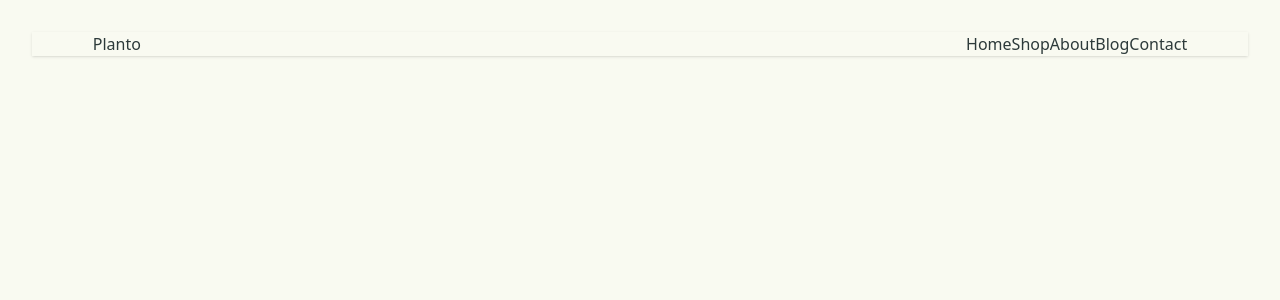
Repository: mazenessam99/Planto
Page: /
An editor plug-in stored every save of this project. The page is shown before and after the next save, followed by the edit.
The browser window is 1280 px wide. The pictures show the whole page.
The project was rebuilt for these pictures with package versions that can differ from the ones it lists, and the page was loaded fresh each time. Also part of the build but not shown: vite.config.js, src/components/ui/Button.jsx.

Above is the page before, as saved 2025-11-21 22:03:11.

### index.html
<!doctype html>
<html lang="en">
  <head>
    <meta charset="UTF-8" />
    <link rel="icon" type="image/svg+xml" href="/vite.svg" />
    <meta name="viewport" content="width=device-width, initial-scale=1.0" />
    <title>plants_website</title>
  </head>
  <body>
    <div id="root"></div>
    <script type="module" src="/src/main.jsx"></script>
  </body>
</html>

### src/index.css
@import "tailwindcss";
@import "tailwindcss/theme" layer(theme);
@theme {
  --color-primary: #2D3A3A;
  --color-forest:#386641;
  --color-secondary: #8DB098;
  --color-Terracotta: #C27357;
  --color-sky:#B0D0D3;
  --font-cairo: "Cairo", sans-serif;

  --spacing-128: 32rem;
}

/* ----- BASE ----- */
@layer base {
  body {
    @apply  bg-[#F9FAF1] text-gray-900;
  }
}

/* ----- COMPONENTS ----- */
@layer components {
  .btn {
    @apply bg-primary text-white px-4 py-2 rounded-lg hover:bg-primary/90;
  }
  .btn-danger{
    @apply bg-red-400 text-white
  }

  .card {
    @apply bg-white p-6 rounded-xl shadow;
  }

}

.container{
  width:90%;
  margin:auto;
}

### src/App.jsx

import './App.css'
import Button from './components/ui/Button'
import Home from './pages/Home'

function App() {


  return (
    <>
      <Home/>


    </>
  )
}

export default App

### src/pages/Home.jsx

import Navbar from '../components/layout/Navbar'

const Home = () => {
  return (
    <div>
        <Navbar/>
    </div>
  )
}

export default Home

### src/components/layout/Navbar.jsx

import { NavLink } from "react-router-dom"
import { NAVBAR_LINKS } from "../../utils/constants"


const Navbar = () => {
    return (
        <nav className="shadow h-">
            <div className="container flex justify-between items-center">
                <h1 className="text-primary">Planto</h1>
                <ul className="flex">

                {NAVBAR_LINKS.map((link) => (
                    <li key={link.id}>
                        <NavLink to={link.path} className={"text-primary"}>{link.label}</NavLink>
                    </li>
                ))}
            </ul>
            </div>
        </nav>
    )
}

export default Navbar

### src/utils/constants.js
export const NAVBAR_LINKS=[
    {id:1,label:'Home',path:'/'},
    {id:2,label:'Shop',path:'/shop'},
    {id:3,label:'About',path:'/about'},
    {id:4,label:'Blog',path:'/blog'},
    {id:5,label:'Contact',path:'/contact'},
]

Loaded but not shown: src/main.jsx (common file); src/App.css (common file)

After the next save:
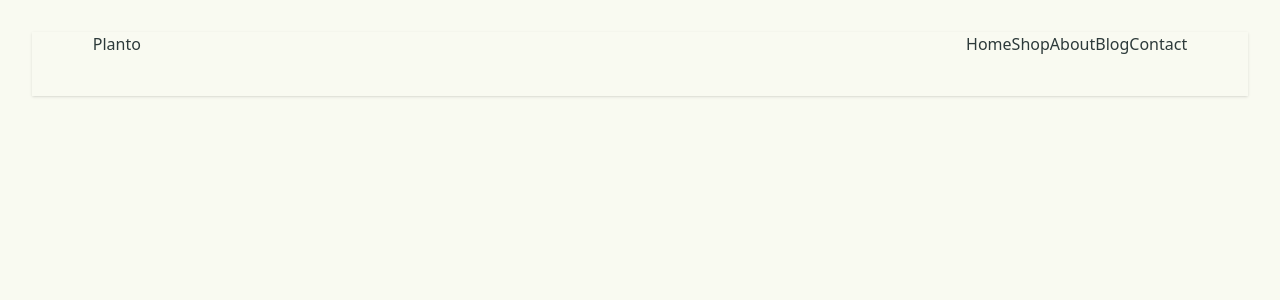
Saved 13 s later.
--- a/src/components/layout/Navbar.jsx
+++ b/src/components/layout/Navbar.jsx
@@ -5,7 +5,7 @@ import { NAVBAR_LINKS } from "../../utils/constants"
 
 const Navbar = () => {
     return (
-        <nav className="shadow h-">
+        <nav className="shadow h-16">
             <div className="container flex justify-between items-center">
                 <h1 className="text-primary">Planto</h1>
                 <ul className="flex">
